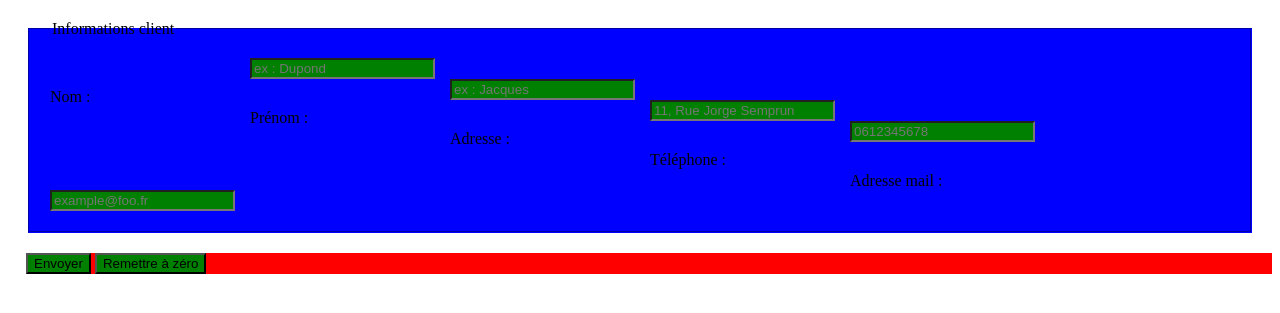
Repository: big73/NFE114
Page: http://localhost/Seance4-step1/
An editor plug-in stored every save of this project. The page is shown before and after the next save, followed by the edit.
The browser window is 1280 px wide. The pictures show the whole page.
The page is served by Tomcat 9. Other server files are loaded and not shown.

Above is the page before, as saved 2015-12-30 14:55:58.

### Seance4-step1/WebContent/formClient.jsp
<%@ page language="java" contentType="text/html; charset=UTF-8"
    pageEncoding="UTF-8"%>
<!DOCTYPE html PUBLIC "-//W3C//DTD HTML 4.01 Transitional//EN" "http://www.w3.org/TR/html4/loose.dtd">
<html>
<head>
<meta http-equiv="Content-Type" content="text/html; charset=UTF-8">
<title>Insert title here</title>
<link rel="stylesheet" href="css/style.css">
</head>
<body>

	<form>
		<fieldset>
		<legend>Informations client</legend>

			<label>Nom : </label>
			<input class="saisie" type="text" placeholder="ex : Dupond" name="nom"><br>

			<label>Prénom : </label>
			<input class="saisie" type="text" placeholder="ex : Jacques" name="prenom"><br>

			<label>Adresse : </label>
			<input class="saisie" type="text" placeholder="11, Rue Jorge Semprun" name="adresse"><br>

			<label>Téléphone : </label>
			<input class="saisie" type="text" placeholder="0612345678" name="phone"><br>

			<label>Adresse mail : </label>
			<input class="saisie" type="email" placeholder="example@foo.fr" name="mail"><br>

		</fieldset>

		<div class="actionneur">
			<input type="submit" value="Envoyer">
			<input type="reset" value="Remettre à zéro">
		</div>
	</form>

</body>
</html>

### Seance4-step1/WebContent/WEB-INF/taglibs.jsp
<%@ page language="java" contentType="text/html; charset=UTF-8" pageEncoding="UTF-8"%>
<%@ taglib uri="http://java.sun.com/jsp/jstl/core" prefix="c" %>
<%@ taglib uri="http://java.sun.com/jsp/jstl/functions" prefix="fn" %>
<!DOCTYPE html PUBLIC "-//W3C//DTD HTML 4.01 Transitional//EN" "http://www.w3.org/TR/html4/loose.dtd">
<html>
<head>
<meta http-equiv="Content-Type" content="text/html; charset=UTF-8">
<title>Taglibs Repo</title>
</head>
<body>

</body>
</html>

### Seance4-step1/WebContent/css/style.css
.actionneur
{
	margin-left : 18px;
	background-color: red;
}

fieldset {
    border-color: blue;
    margin : 20px;
    padding : 20px;
    background-color: blue;
}

input
{

    background-color: green;
}

form label {

    float: left;

    width: 200px;

    margin: 30px 0px 0px 0px;

}

After the next save:
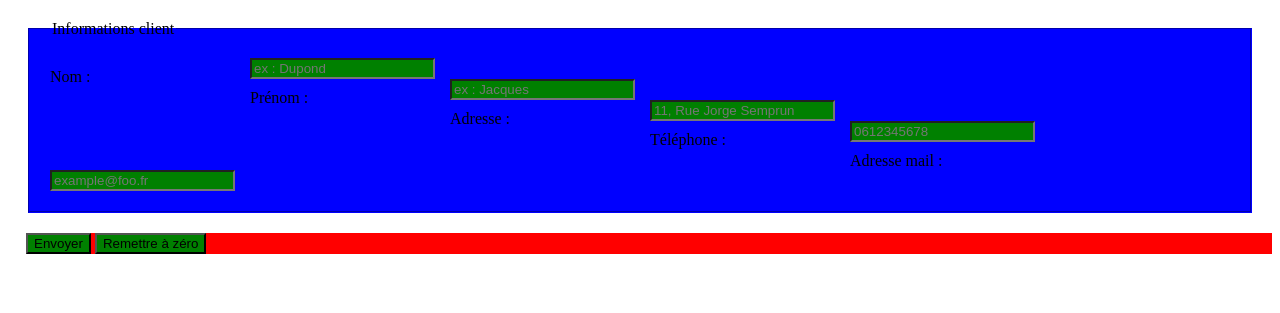
Saved 15 s later.
--- a/Seance4-step1/WebContent/css/style.css
+++ b/Seance4-step1/WebContent/css/style.css
@@ -23,6 +23,6 @@ form label {
 
     width: 200px;
 
-    margin: 30px 0px 0px 0px;
+    margin: 10px 0px 0px 0px;
 
 }
